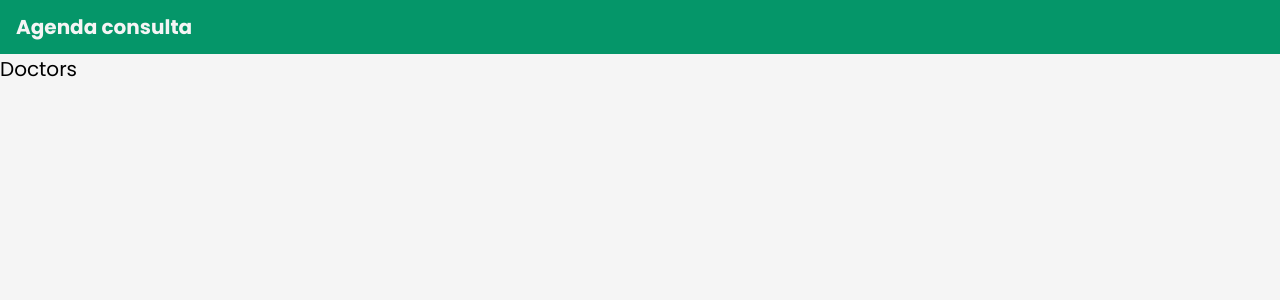
Repository: BarbaraCD/agendaconsulta
Page: /
These files come from the project's save history. The page is drawn as it stood at one moment and after the next save; the edit follows.
The browser window is 1280 px wide. The pictures show the whole page.
The project was rebuilt for these pictures with package versions that can differ from the ones it lists, and the page was loaded fresh each time. Also part of the build but not shown: vite.config.ts.

Above is the page before, as saved 2023-07-25 16:07:37.

After the next save:
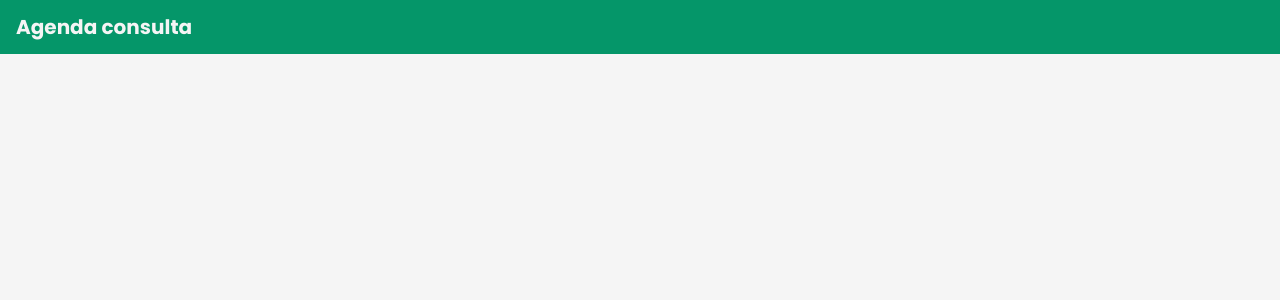
Saved 18 min 8 s later.
--- a/src/App.tsx
+++ b/src/App.tsx
@@ -10,10 +10,7 @@ function App() {
     <>
       <GlobalStyle />
       <Header />
-      <Doctors
-        crm={Doctors.crm}
-        name={Doctors.name}
-        specialization={Doctors.specialization}/>
+
     </>
   )
 }
